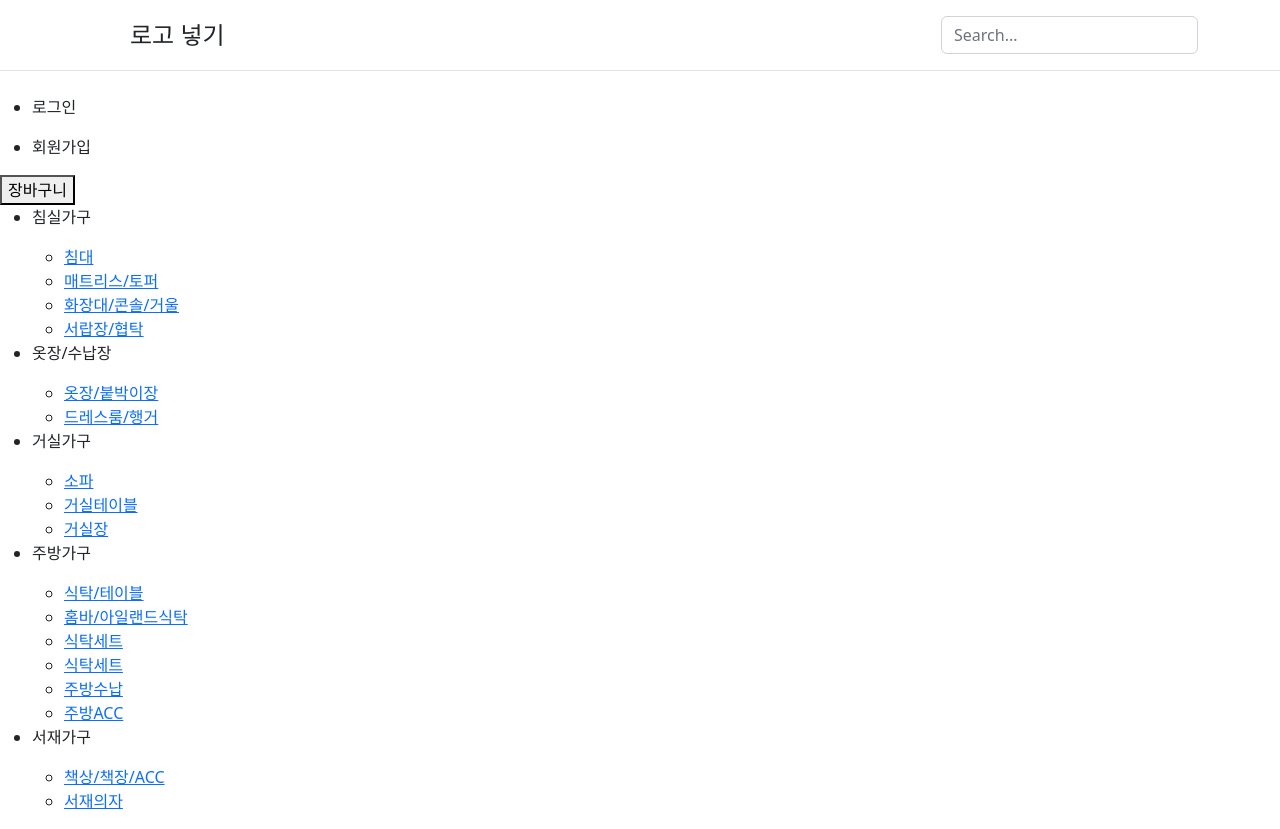
Repository: raoniee/Elice-House-Project
Page: FE/src/components/header/header.html
An editor plug-in stored every save of this project. The page is shown before and after the next save, followed by the edit.
The browser window is 1280 px wide. The pictures show the whole page.

Above is the page before, as saved 2023-07-04 16:04:14.

After the next save:
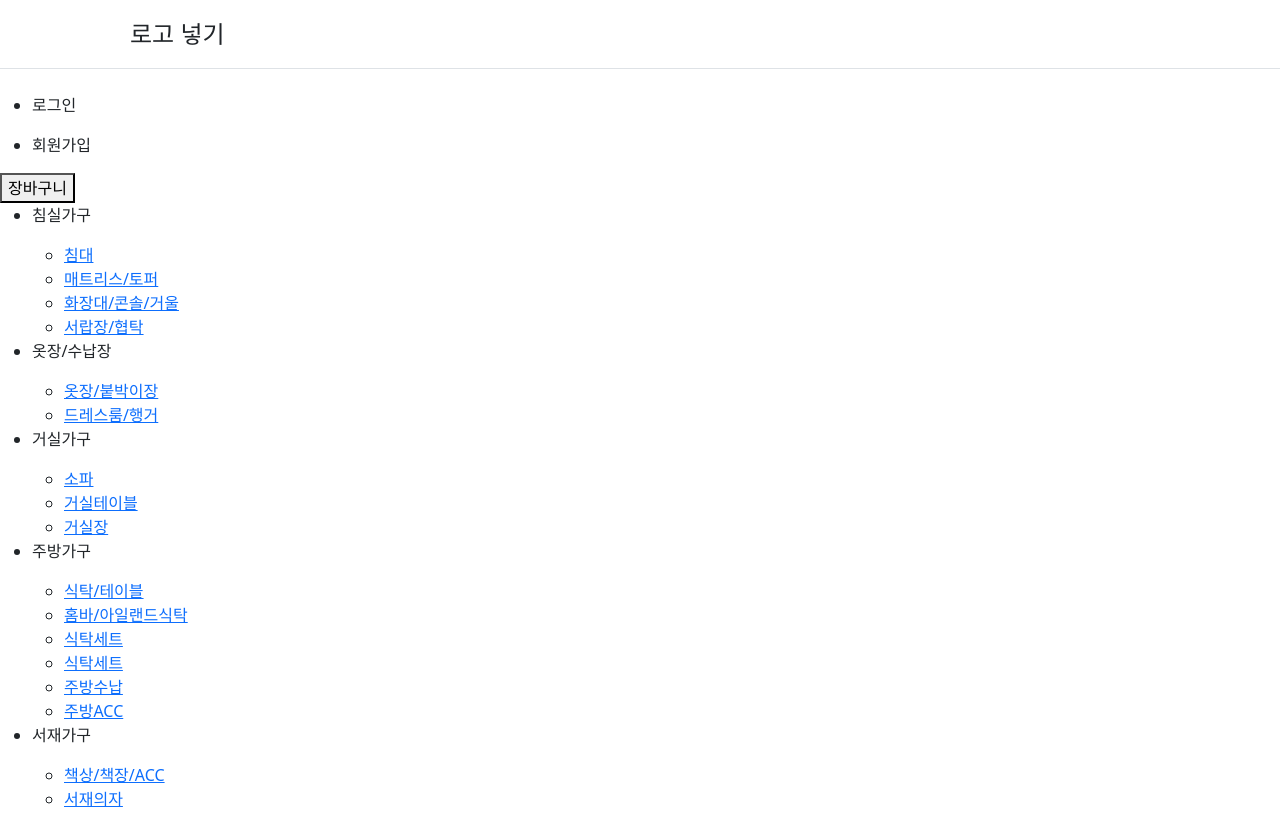
Saved 14 s later.
--- a/FE/src/components/header/header.html
+++ b/FE/src/components/header/header.html
@@ -25,14 +25,6 @@
           </svg>
           <span class="fs-4">로고 넣기</span>
         </a>
-        <form class="col-12 col-lg-auto mb-3 mb-lg-0" role="search">
-          <input
-            type="search"
-            class="form-control"
-            placeholder="Search..."
-            aria-label="Search"
-          />
-        </form>
       </div>
     </header>
     <header class="header">
